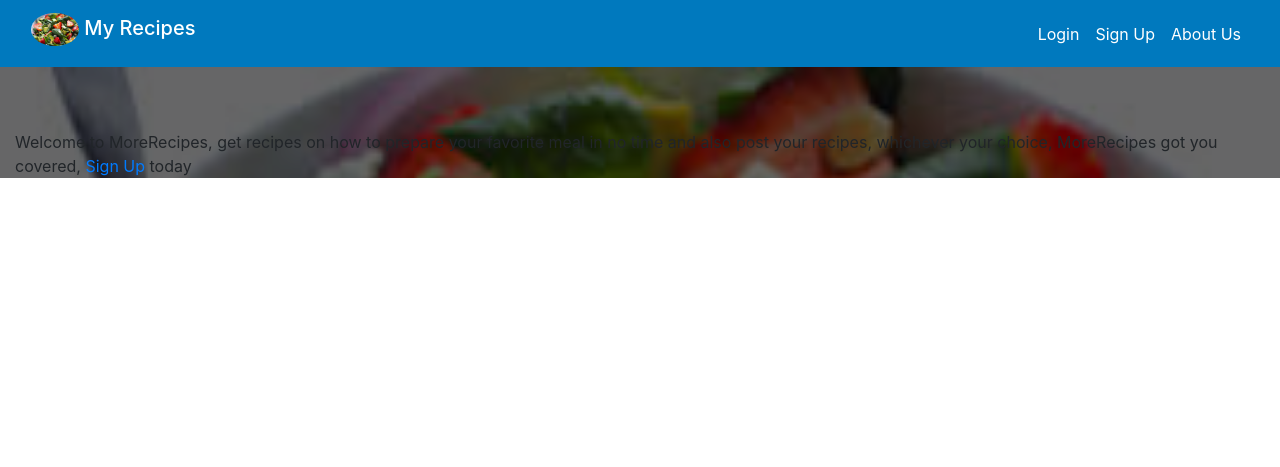
Repository: UggoPrince/more-recipes
Page: html/index.html
An editor plug-in stored every save of this project. The page is shown before and after the next save, followed by the edit.
The browser window is 1280 px wide. The pictures show the whole page.

Above is the page before, as saved 2018-07-30 06:43:10.

After the next save:
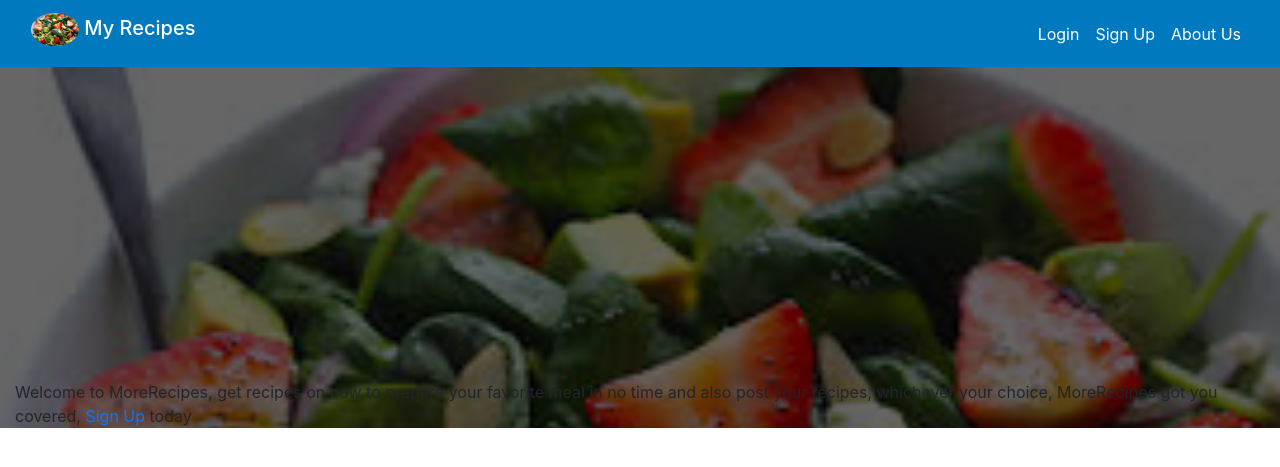
Saved 21 s later.
--- a/html/index.html
+++ b/html/index.html
@@ -52,7 +52,7 @@
   </nav>
   <div id="content">
   <main class="container-fluid">
-    <div style="padding-top: 5%">
+    <div style="padding-top: 25%">
         Welcome to MoreRecipes, get recipes on how to prepare your favorite meal in no time and also post your recipes, whichever your choice, MoreRecipes got you covered, <a href="signup.html">Sign Up</a> today
     </div>
 
